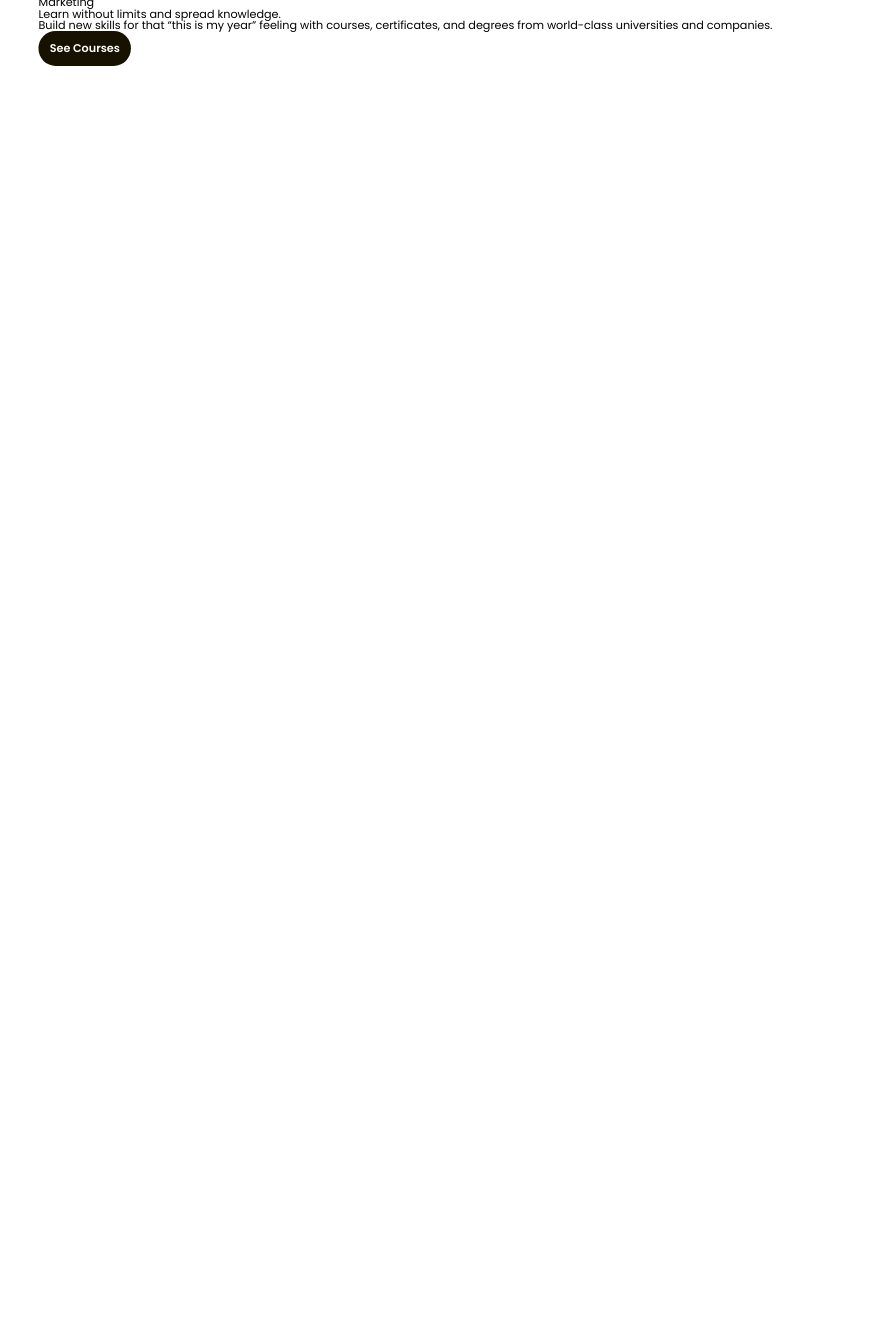
Repository: ynguyen1512/htmlcss-project-02
Page: index.html
An editor plug-in stored every save of this project. The page is shown before and after the next save, followed by the edit.
The browser window is 1280 px wide. The pictures show the part of the page from y = 1223 to 3123 px (the page is 5000 px tall), at 70% of full size.
A picture or video elsewhere on the page could not be fetched, so the positions and the page height are approximate.

Above is the page before, as saved 2023-02-20 20:11:11.

### index.html
<!DOCTYPE html>
<html lang="en">
<head>
    <meta charset="UTF-8">
    <meta http-equiv="X-UA-Compatible" content="IE=edge">
    <meta name="viewport" content="width=device-width, initial-scale=1.0">
    <title>F8 Project 02</title>
    <!-- Reset CSS -->
    <link rel="stylesheet" href="./assets/css/reset.css">
    <!-- Embed fonts -->
    <link rel="preconnect" href="https://fonts.googleapis.com">
    <link rel="preconnect" href="https://fonts.gstatic.com" crossorigin>
    <link href="https://fonts.googleapis.com/css2?family=Poppins:ital,wght@0,400;0,500;0,600;0,700;1,400&family=Sen:wght@700&display=swap" rel="stylesheet">
    <!-- Styles -->
    <link rel="stylesheet" href="./assets/css/style.css">
</head>
<body>
    <main style="height: 5000px;">
        <!-- Header -->
        <header class="header fixed">
            <div class=" main-content">
                <di class="body">
                    <!-- Logo -->
                    <a href="#">
                        <img src="./assets/img/logo.png" alt="Lesson." class="logo">
                    </a>
                    <!-- Navigation -->
                    <nav class="nav">
                        <ul>
                            <li class="active"><a href="#!">Home</a></li>
                            <li><a href="#!">Courses</a></li>
                            <li><a href="#!">Pricing</a></li>
                            <li><a href="#!">Reviews</a></li>
                        </ul>
                    </nav>

                    <!-- Action -->
                    <div class="action">
                        <a href="" class="btn sign-up-btn">Sign Up</a>
                    </div>
                </di >
            </div>
        </header>

        <!-- Hero -->
        <div class="hero">
            <div class="main-content">
                <div class="body">
                    <!-- Hero-left -->
                    <div class="media-block">
                        <img src="./assets/img/hero-img.jpg"
                        alt="Learn without limits and spread knowledge." class="img">

                        <div class="hero-summary">
                            <div class="item">
                                <div class="icon">
                                    <img src="./assets/icons/list.svg" alt="">
                                </div>
                                <div class="info">
                                    <p class="label">20 Courses</p>
                                    <p class="title">UI/UX Design</p>
                                </div>
                            </div>
                            <div class="item">
                                <div class="icon">
                                    <img src="./assets/icons/code.svg" alt="">
                                </div>
                                <div class="info">
                                    <p class="label">20 Courses</p>
                                    <p class="title">Development</p>
                                </div>
                            </div>
                            <div class="item">
                                <div class="icon">
                                    <img src="./assets/icons/speaker.svg" alt="">
                                </div>
                                <div class="info">
                                    <p class="label">30 Courses</p>
                                    <p class="title">Marketing</p>
                                </div>
                            </div>
                        </div>
                    </div>
                    <!-- Hero right -->
                    <div class="content-block">
                        <h1 class="heading">Learn without limits and spread knowledge.</h1>
                        <p class="desc">Build new skills for that “this is my year” feeling with courses, certificates, and degrees from world-class
                             universities and companies.</p>
                        <div class="cta-group">
                            <a href="" class="btn">See Courses</a>
                        </div>
                    </div>
                </div>
            </div>
        </div>
    </main>

    <footer>

    </footer>
</body>
</html>

### assets/css/style.css
* {
    box-sizing: border-box;
}

html, body {
    scroll-behavior: smooth;
}

html {
    font-size: 62.5%;
}

body {
    font-size: 1.6rem;
    font-family: 'Poppins', 'sans-serif';
}

/* Common */
.main-content {
    width: 1170px;
    max-width: calc(100% - 48px);
    margin-left: auto;
    margin-right: auto;
}

a {
    text-decoration: none;
}

.btn {
    display: inline-block;
    min-width: 118px;
    padding: 0 16px;
    line-height: 50px;
    font-weight: 600;
    font-size: 16px;
    text-align: center;
    color: #FFFFFF;
    background: #171100;
    border-radius: 24.5px;
}

/* Header */
.header {
    background-color: #FFFCF4;
}

.header.fixed {
    position: sticky;
    top: -28px;
}

.header .body {
    display: flex;
    align-items: center;
    padding: 36px 0 8px;
}

.nav {
    margin-left: auto;
}

.nav ul {
    display: flex;
}

.nav a {
    position: relative;
    padding: 8px 21px;
    font-size: 1.6rem;
    color: #5F5B53;
}

.nav a:hover,
.nav li.active a {
    /* font-weight: 600; */
    text-shadow: 1px 0 0 currentColor;
    color: #171100;
}

.nav li.active a::after {
    position: absolute;
    left: 21px;
    content: "";
    bottom: 6px;
    display: block;
    width: 12px;
    height: 2px;
    background: #171100;
    border-radius: 1px;
}

.header .sign-up-btn {
    min-width: 144px;
}

Loaded but not shown: assets/css/reset.css (common file)

After the next save:
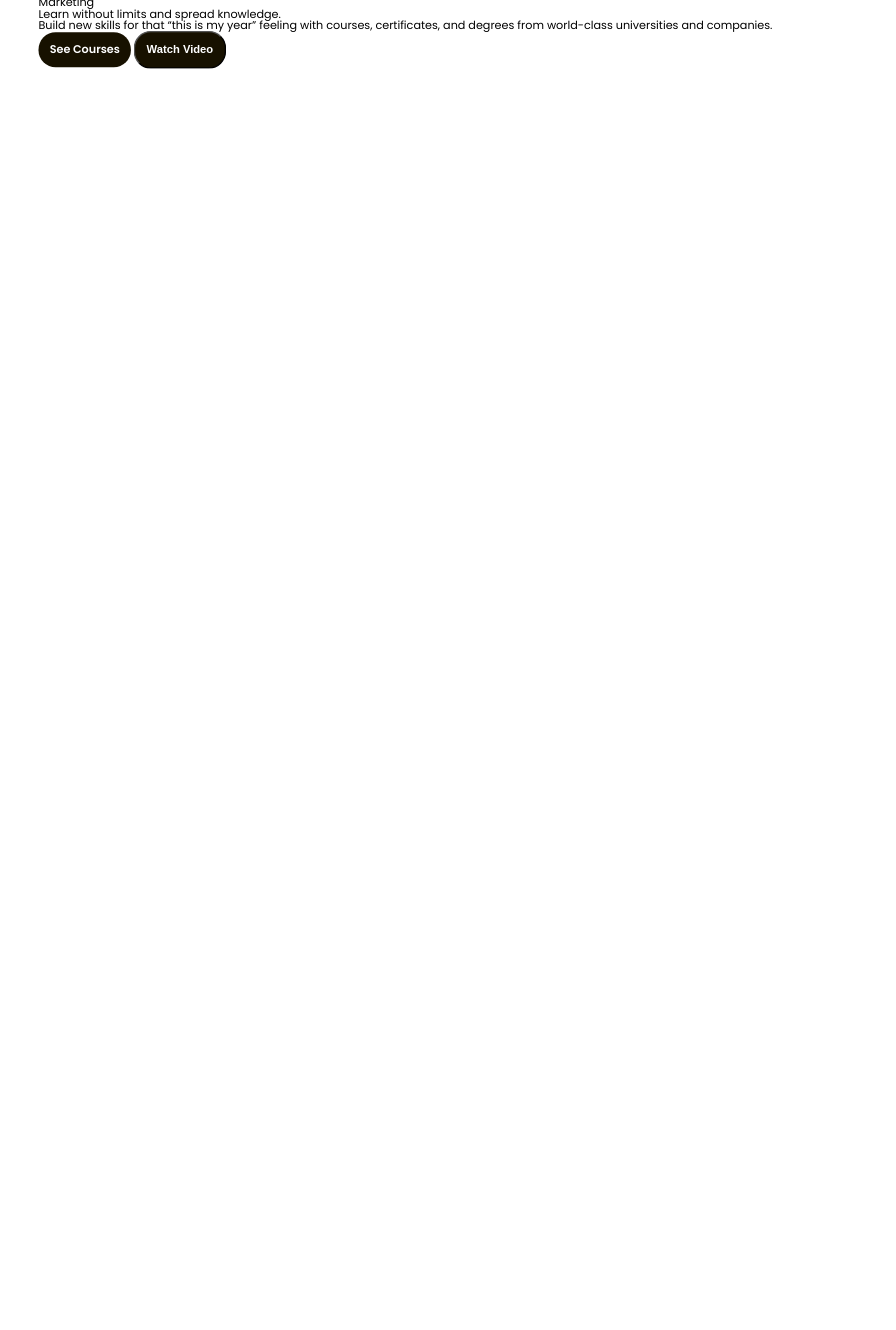
Saved 52 s later.
--- a/index.html
+++ b/index.html
@@ -88,6 +88,7 @@
                              universities and companies.</p>
                         <div class="cta-group">
                             <a href="" class="btn">See Courses</a>
+                            <button class="btn">Watch Video</button>
                         </div>
                     </div>
                 </div>
